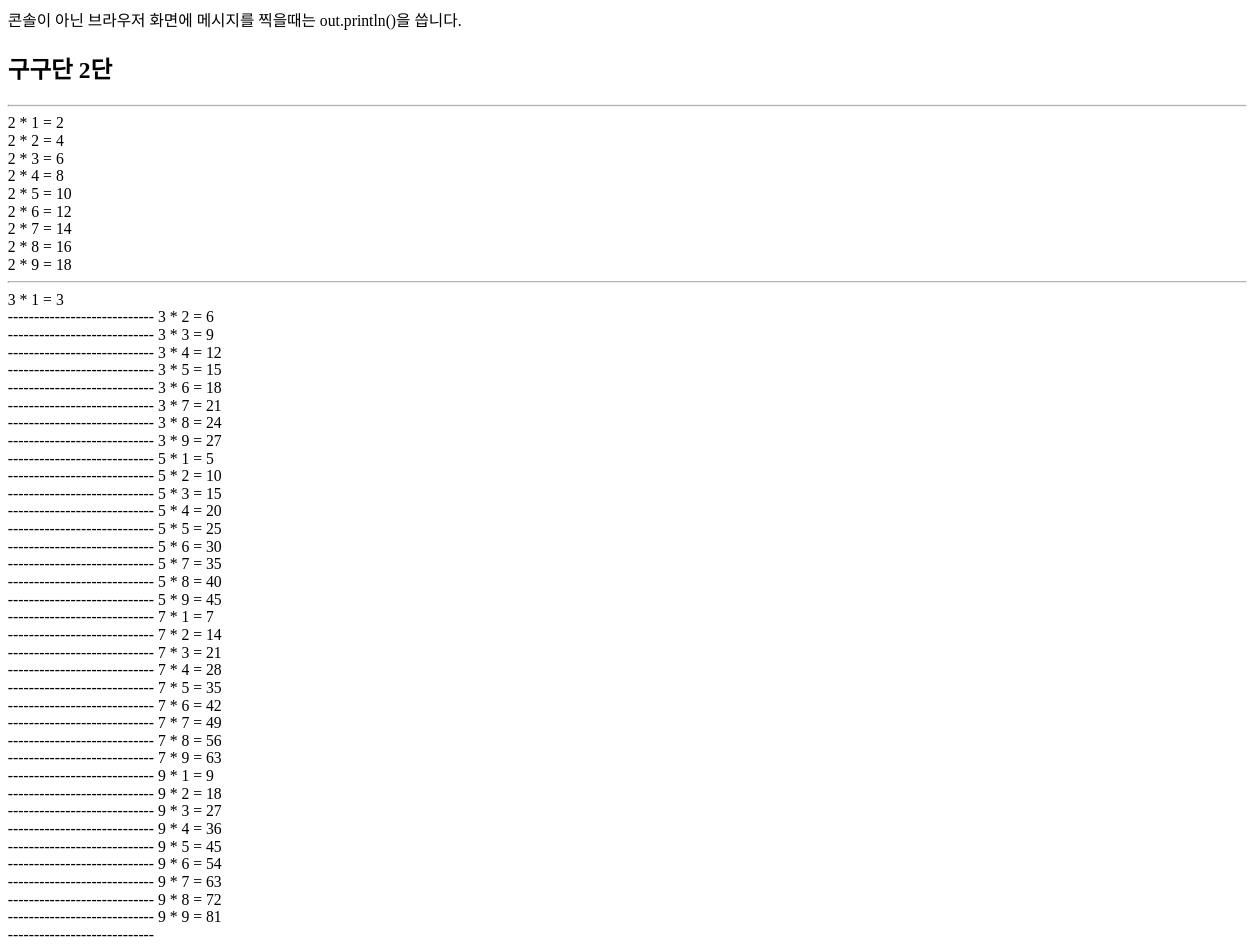
Repository: Andante8989/jsp_practice
Page: http://localhost/JSPBasic/jsptag/scriptlet.jsp
These files come from the project's save history. The page is drawn as it stood at one moment and after the next save; the edit follows.
The browser window is 1280 px wide. The pictures show the whole page, at 98% of full size.
The page is served by Tomcat 9.

Above is the page before, as saved 2022-03-22 11:48:18.

### JSPBasic/src/main/webapp/jsptag/scriptlet.jsp
<%@ page language="java" contentType="text/html; charset=UTF-8"
    pageEncoding="UTF-8"%>
<!DOCTYPE html>
<html>
<head>
<meta charset="UTF-8">
<title>Insert title here</title>
</head>
<body>
	<% System.out.println("콘솔에 메세지를 찍을때는 System.out.println()을 씁니다.");
	out.println("콘솔이 아닌 브라우저 화면에 메시지를 찍을때는 out.println()을 씁니다.");  %>
	<h2>구구단 2단</h2><hr/>
	<%
		// 구구단 2단을 브라우저에 출력해주세요.
		for(int i = 1; i < 10; i++) {
			out.println("2 * " + i + " = " + 2 * i + "<br/>");
		}
	%>
	<hr/>
	<!-- 반복문과 조건문을 이용하여 구구단 홀수단 (3, 5, 7, 9)을 화면에 출력해주세요 -->
	<%
		for(int a = 2; a < 10; a++) {
			if(a % 2 != 0) {
				for(int b = 1; b < 10; b++) {
					out.println(a + " * " + b + " = " + a*b + "<br/>");
					out.println("----------------------------");
				}
			}
		}

	%>
</body>
</html>

After the next save:
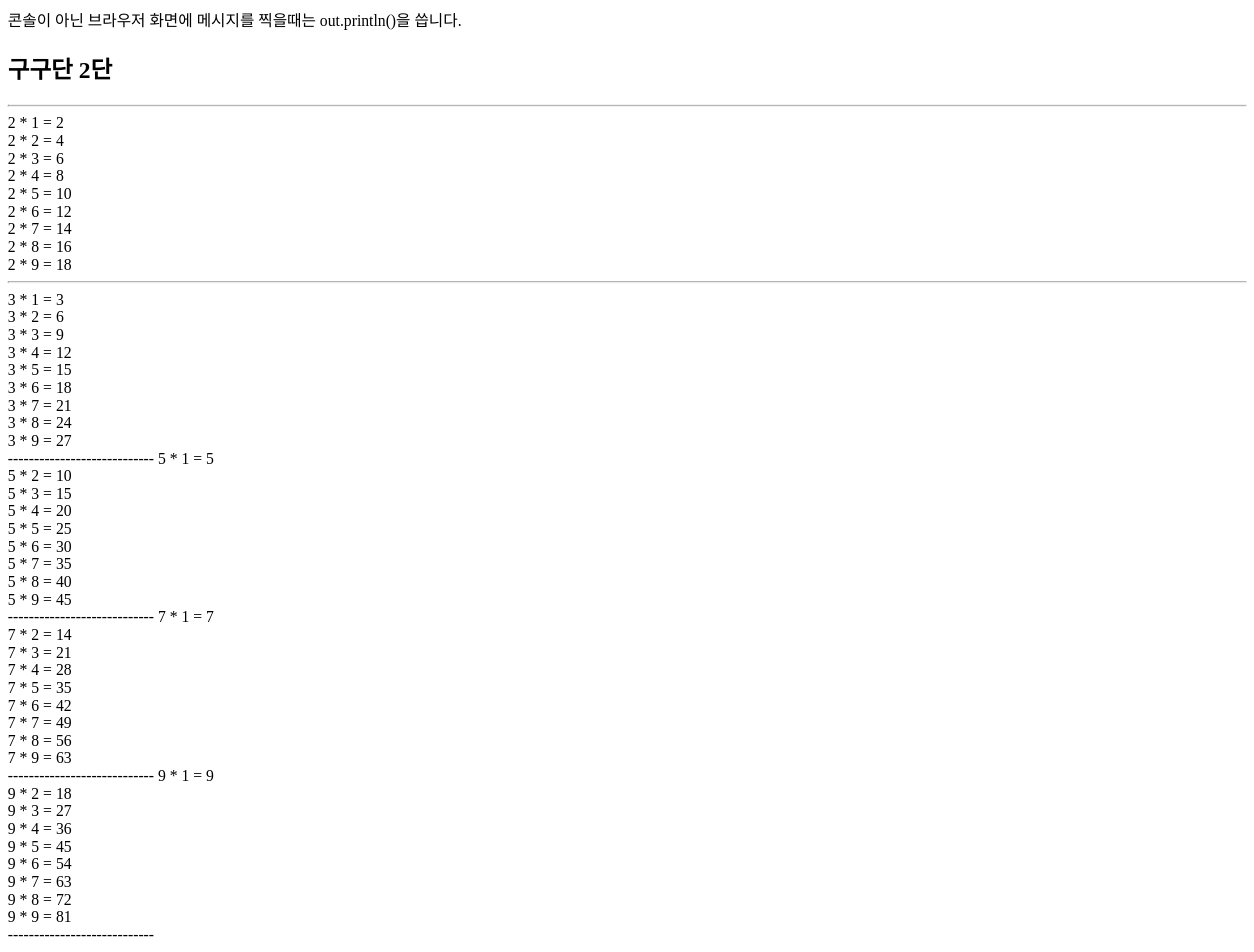
Saved 18 s later.
--- a/JSPBasic/src/main/webapp/jsptag/scriptlet.jsp
+++ b/JSPBasic/src/main/webapp/jsptag/scriptlet.jsp
@@ -23,8 +23,8 @@
 			if(a % 2 != 0) {
 				for(int b = 1; b < 10; b++) {
 					out.println(a + " * " + b + " = " + a*b + "<br/>");
-					out.println("----------------------------");
 				}
+				out.println("----------------------------");
 			}
 		}
 
